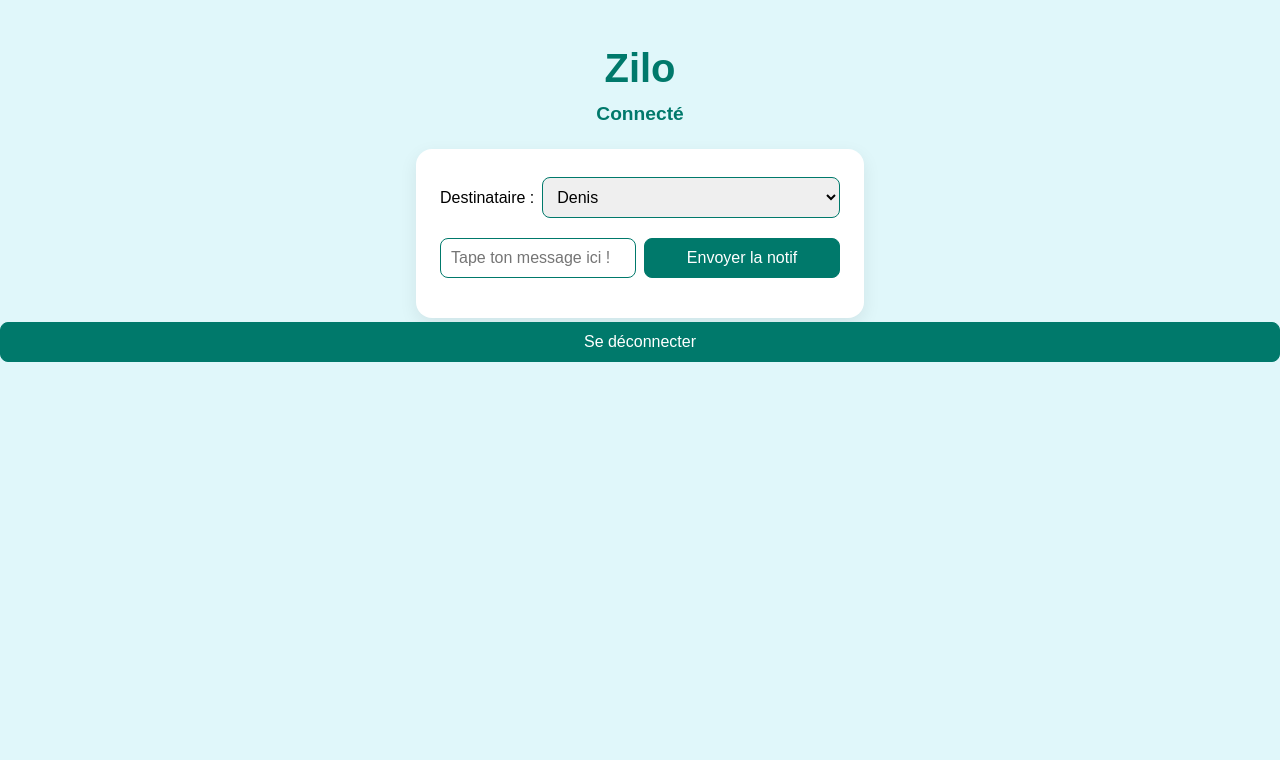
Repository: nlagardere/LumoNet
Page: public/index.html
An editor plug-in stored every save of this project. The page is shown before and after the next save, followed by the edit.
The browser window is 1280 px wide. The pictures show the whole page.

Above is the page before, as saved 2025-08-18 20:26:06.

### public/index.html
<!DOCTYPE html>
<html lang="fr">
<head>
  <meta charset="UTF-8" />
  <meta name="viewport" content="width=device-width, initial-scale=1.0" />
  <title>Zilo</title>
  <style>
    body {
      font-family: Arial, sans-serif;
      margin:0;
      padding:0;
      min-height:100vh;
      background:#e0f7fa;
      display:flex;
      flex-direction:column;
      align-items:center;
      padding-top:40px; /* espace en haut pour le header */
    }

    h1, h2 {
      color:#00796b;
      margin:6px 0;
      text-align:center;
    }

    h1 {
      font-size:2.5em;
    }

    h2 {
      font-size:1.2em;
      margin-bottom:24px;
    }

    .card {
      background:#fff;
      padding:24px;
      border-radius:16px;
      box-shadow:0 6px 18px rgba(0,0,0,0.08);
      width:80%;
      max-width:400px;
      display:flex;
      flex-direction:column;
      align-items:center;
      margin-left: 5%;
      margin-right: 5%;
    }

    .row {
      display:flex;
      gap:8px;
      flex-wrap:wrap;
      align-items:center;
      justify-content:center;
      width:100%;
      margin-bottom:12px;
    }

    select, input, button {
      margin:4px 0;
      padding:10px;
      font-size:16px;
      border-radius:8px;
      border:1px solid #00796b;
      flex:1;
      min-width:100px;
    }

    button {
      background:#00796b;
      color:#fff;
      cursor:pointer;
      transition: background 0.3s;
    }

    button:hover {
      background:#004d40;
    }

    @media (max-width: 500px) {
      h1 { font-size:2em; }
      h2 { font-size:1em; }
      input, select, button { font-size:14px; padding:8px; }
    }
  </style>
</head>
<body>
  <h1>Zilo</h1>
  <h2 id="welcome">Connecté</h2>

  <div class="card">
    <div class="row">
      <label for="recipient">Destinataire :</label>
      <select id="recipient">
        <option value="denis">Denis</option>
        <option value="nathan">Nathan</option>
      </select>
    </div>

    <div class="row">
      <input id="message" type="text" placeholder="Tape ton message ici !" />
      <button id="send">Envoyer la notif</button>
    </div>
  </div>
  <div class="row">
    <button id="logout">Se déconnecter</button>

  <script>
    const messageInput = document.getElementById('message');

    async function send(){
      const recipient = document.getElementById('recipient').value;
      const message = messageInput.value.trim();
      if(!message){ alert('Écris un message !'); return; }

      const res = await fetch('/api/send', {
        method:'POST', headers:{'Content-Type':'application/json'},
        body: JSON.stringify({ recipient, message })
      });
      const data = await res.json();
      if(data.ok){
        messageInput.value = '';
        alert('Notification envoyée !');
      } else {
        if(res.status === 401){
          window.location.href = '/login.html';
        } else {
          alert('Erreur : ' + (data.error||'inconnue'));
        }
      }
    }

    async function logout(){
      await fetch('/api/logout');
      window.location.href = '/login.html';
    }

    document.getElementById('send').addEventListener('click', send);
    document.getElementById('logout').addEventListener('click', logout);
    messageInput.addEventListener('keydown', e => { if(e.key==='Enter') send(); });
  </script>
</body>
</html>

After the next save:
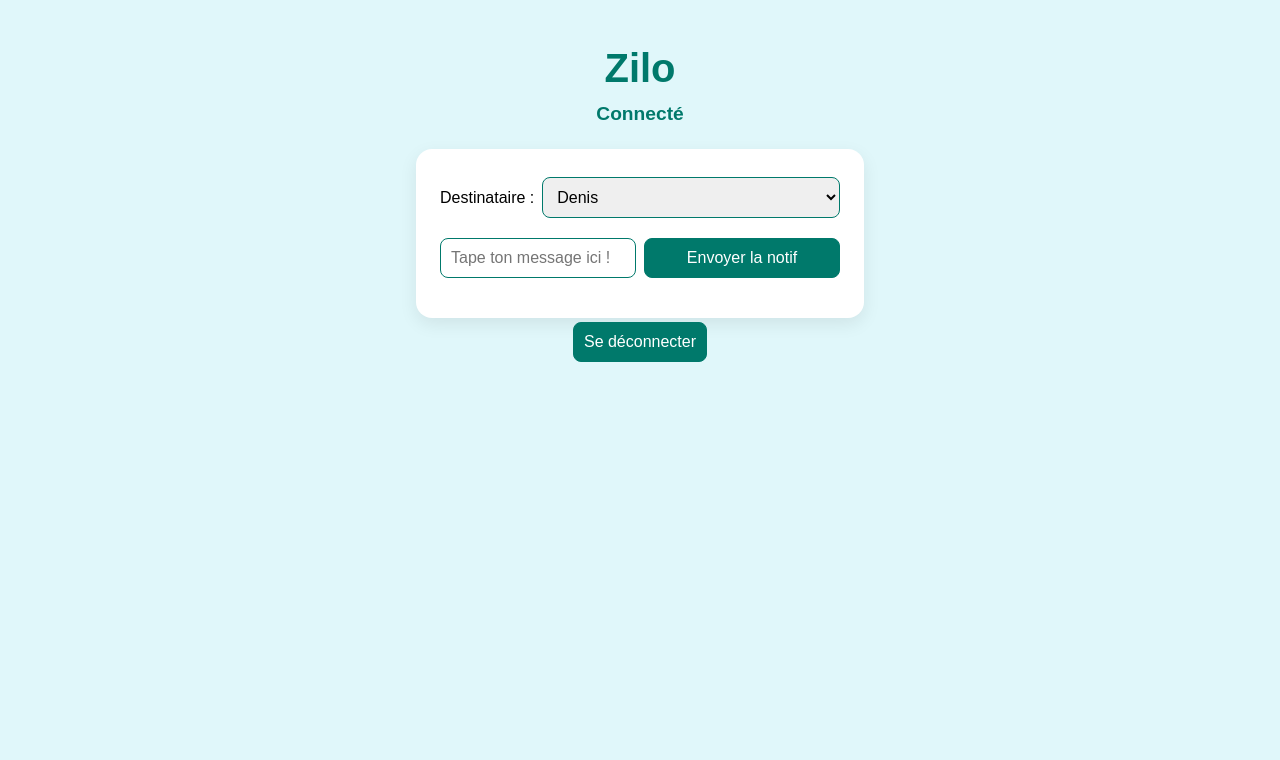
Saved 5 s later.
--- a/public/index.html
+++ b/public/index.html
@@ -102,7 +102,7 @@
       <button id="send">Envoyer la notif</button>
     </div>
   </div>
-  <div class="row">
+  <div class="logout">
     <button id="logout">Se déconnecter</button>
 
   <script>
